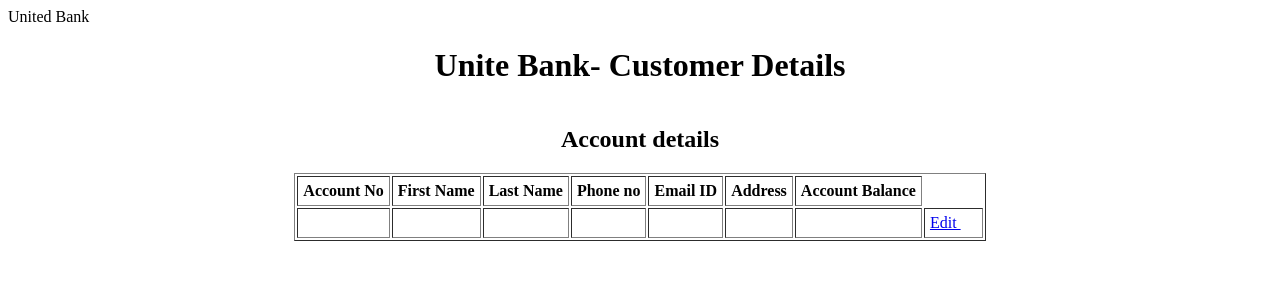
Repository: ameena017/bank-app
Page: http://localhost/banking-app/user.jsp
The author's editor kept a copy of each file at every save. The page is drawn from the files as they stood at one save, then again after the next save.
The browser window is 1280 px wide. The pictures show the whole page.
The page is served by Tomcat 9. Nobody is signed in. The application's start-up code is not run.

Above is the page before, as saved 2017-09-18 13:29:10.

After the next save:
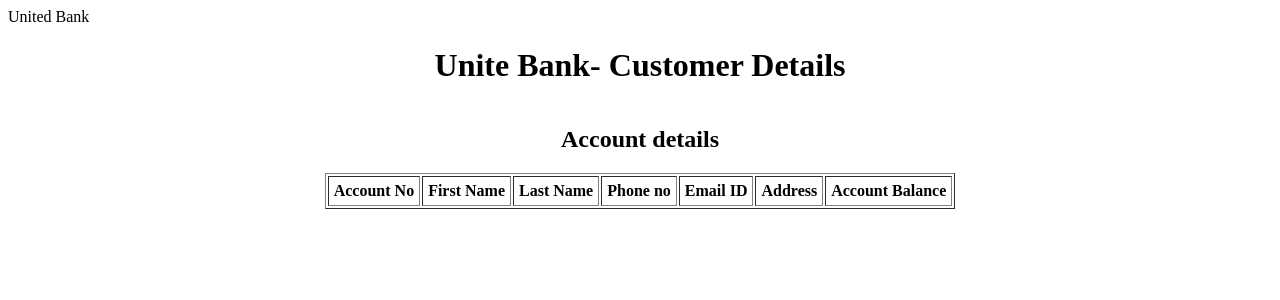
Saved 57 s later.
--- a/banking-app/WebContent/user.jsp
+++ b/banking-app/WebContent/user.jsp
@@ -1,3 +1,4 @@
+ <%@ taglib uri="http://java.sun.com/jsp/jstl/core" prefix="c" %>
 <meta http-equiv="Content-Type" content="text/html; charset=ISO-8859-1">
 <name>United Bank</name>
 </head>
